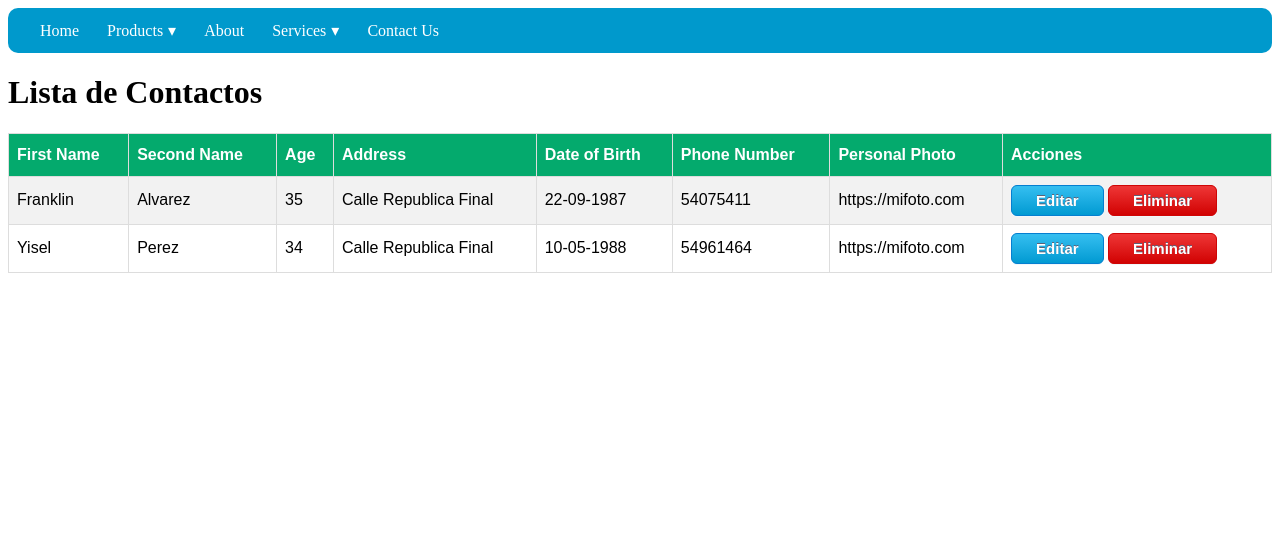
Repository: fgala1619/frontSistGestionBank
Page: index.html
These files come from the project's save history. The page is drawn as it stood at one moment and after the next save; the edit follows.
The browser window is 1280 px wide. The pictures show the whole page.

Above is the page before, as saved 2023-07-26 12:48:09.

### index.html
<link rel="stylesheet" href="style.css" />
<link rel="stylesheet" href="menu.css" />

<nav id='menu'>
  <input type='checkbox' id='responsive-menu' onclick='updatemenu()'><label></label>
  <ul>
    <li><a href='http://'>Home</a></li>
    <li><a class='dropdown-arrow' href='http://'>Products</a>
      <ul class='sub-menus'>
        <li><a href='http://'>Products 1</a></li>
        <li><a href='http://'>Products 2</a></li>
        <li><a href='http://'>Products 3</a></li>
        <li><a href='http://'>Products 4</a></li>
      </ul>
    </li>
    <li><a href='http://'>About</a></li>
    <li><a class='dropdown-arrow' href='http://'>Services</a>
      <ul class='sub-menus'>
        <li><a href='http://'>Services 1</a></li>
        <li><a href='http://'>Services 2</a></li>
        <li><a href='http://'>Services 3</a></li>
      </ul>
    </li>
    <li><a href='http://'>Contact Us</a></li>
  </ul>
</nav>




<h1>Lista de Contactos</h1>

<table id="customers">
    <tr>
        <th>First Name</th>
        <th>Second Name</th>
        <th>Age</th>
        <th>Address</th>
        <th>Date of Birth</th>
        <th>Phone Number</th>
        <th>Personal Photo</th>
        <th>Acciones</th>
    </tr>

    <tr>
        <td>Franklin</td>
        <td>Alvarez</td>
        <td>35</td>
        <td>Calle Republica Final</td>
        <td>22-09-1987</td>
        <td>54075411</td>
        <td>https://mifoto.com</td>
        <td>
            <a href="#" class="myButton">Editar</a>
            <a href="#" class="btnDelete">Eliminar</a>
        </td>
    </tr>

    <tr>
        <td>Yisel</td>
        <td>Perez</td>
        <td>34</td>
        <td>Calle Republica Final</td>
        <td>10-05-1988</td>
        <td>54961464</td>
        <td>https://mifoto.com</td>
        <td>
            <a href="#" class="myButton">Editar</a>
            <a href="#" class="btnDelete">Eliminar</a>
        </td>
    </tr>
</table>

### style.css
#customers {
        font-family: Arial, Helvetica, sans-serif;
        border-collapse: collapse;
        width: 100%;
    }

    #customers td, #customers th {
        border: 1px solid #ddd;
        padding: 8px;
    }

    #customers tr:nth-child(even){background-color: #f2f2f2;}
    #customers tr:hover{background-color:#ddd;}

    #customers th{
        padding-top: 12px;
        padding-bottom: 12px;
        text-align: left;
        background-color: #04AA6D;
        color: white;
    }

    .myButton{
        box-shadow: 0px 1px 0px 0px #f0f7fa;
        background: linear-gradient(to bottom, #33bdef 5%, #019ad2 100%);
        background-color:#33bdef;
        border-radius: 6px;
        border: 1px solid #057fd0;
        display: inline-block;
        cursor: pointer;
        color: #ffffff;
        font-family: Arial;
        font-size: 15px;
        font-weight: bold;
        padding: 6px 24px;
        text-decoration: none;
        text-shadow: 0px -1px 0px #5b6178;
    }
    .myButton:hover{
        background: linear-gradient(to bottom, #019ad2 5%, #33bdef 100%);
        background-color:#019ad2;
    }
    .myButton:active{
        position: relative;
        top: 1px;
    }

    .btnDelete{
        box-shadow: 0px 1px 0px 0px #f0f7fa;
        background: linear-gradient(to bottom, #ed3434 5%, #d10202 100%);
        background-color:#ed3434;
        border-radius: 6px;
        border: 1px solid #cf0606;
        display: inline-block;
        cursor: pointer;
        color: #ffffff;
        font-family: Arial;
        font-size: 15px;
        font-weight: bold;
        padding: 6px 24px;
        text-decoration: none;
        text-shadow: 0px -1px 0px #5b6178;
    }
    .btnDelete:hover{
        background: linear-gradient(to bottom, #d10202 5%, #ed3434 100%);
        background-color:#d10202;
    }
    .btnDelete:active{
        position: relative;
        top: 1px;
    }

### menu.css
#menu {
	background: #0099CC;
	color: #FFF;
	height: 45px;
	padding-left: 18px;
	border-radius: 10px;
}
#menu ul, #menu li {
	margin: 0 auto;
	padding: 0;
	list-style: none
}
#menu ul {
	width: 100%;
}
#menu li {
	float: left;
	display: inline;
	position: relative;
}
#menu a {
	display: block;
	line-height: 45px;
	padding: 0 14px;
	text-decoration: none;
	color: #FFFFFF;
	font-size: 16px;
}
#menu a.dropdown-arrow:after {
	content: "\25BE";
	margin-left: 5px;
}
#menu li a:hover {
	color: #0099CC;
	background: #F2F2F2;
}
#menu input {
	display: none;
	margin: 0;
	padding: 0;
	height: 45px;
	width: 100%;
	opacity: 0;
	cursor: pointer
}
#menu label {
	display: none;
	line-height: 45px;
	text-align: center;
	position: absolute;
	left: 35px
}
#menu label:before {
	font-size: 1.6em;
	content: "\2261";
	margin-left: 20px;
}
#menu ul.sub-menus{
	height: auto;
	overflow: hidden;
	width: 170px;
	background: #444444;
	position: absolute;
	z-index: 99;
	display: none;
}
#menu ul.sub-menus li {
	display: block;
	width: 100%;
}
#menu ul.sub-menus a {
	color: #FFFFFF;
	font-size: 16px;
}
#menu li:hover ul.sub-menus {
	display: block
}
#menu ul.sub-menus a:hover{
	background: #F2F2F2;
	color: #444444;
}
@media screen and (max-width: 800px){
	#menu {position:relative}
	#menu ul {background:#111;position:absolute;top:100%;right:0;left:0;z-index:3;height:auto;display:none}
	#menu ul.sub-menus {width:100%;position:static;}
	#menu ul.sub-menus a {padding-left:30px;}
	#menu li {display:block;float:none;width:auto;}
	#menu input, #menu label {position:absolute;top:0;left:0;display:block}
	#menu input {z-index:4}
	#menu input:checked + label {color:white}
	#menu input:checked + label:before {content:"\00d7"}
	#menu input:checked ~ ul {display:block}
}

After the next save:
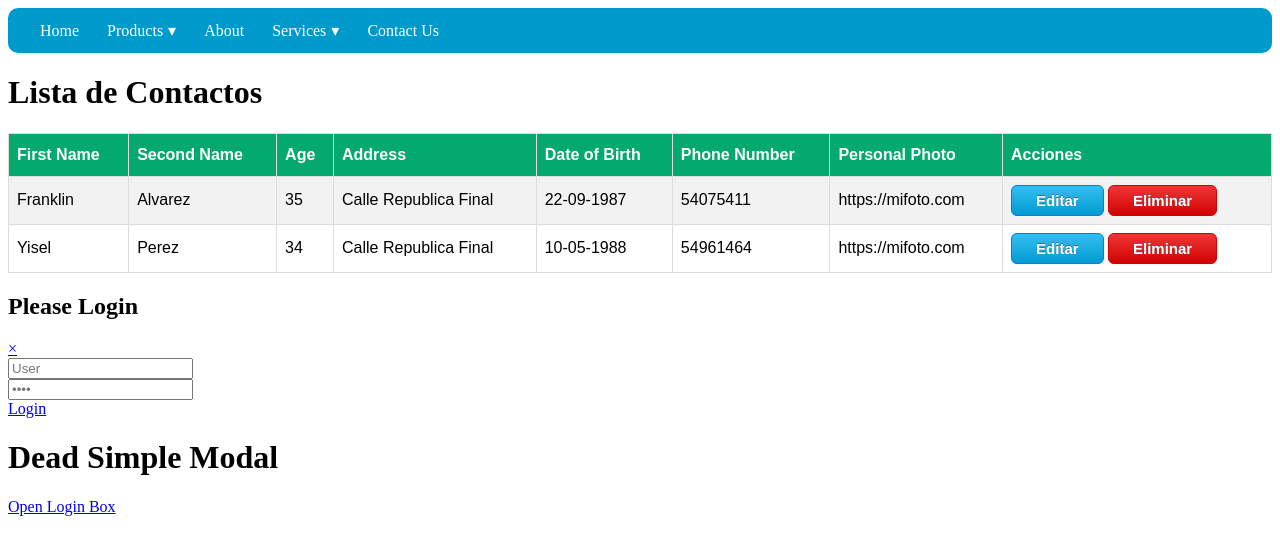
Saved 11 min 17 s later.
--- a/index.html
+++ b/index.html
@@ -70,3 +70,26 @@
         </td>
     </tr>
 </table>
+
+
+<!-- Modal -->
+<div class="modale" aria-hidden="true">
+  <div class="modal-dialog">
+    <div class="modal-header">
+      <h2>Please Login</h2>
+      <a href="#" class="btn-close closemodale" aria-hidden="true">&times;</a>
+    </div>
+    <div class="modal-body">
+      <input type="text" name="u" placeholder="User" size="20" /><br>
+      <input type="text" name="p" placeholder="&bull;&bull;&bull;&bull;" size="20" /></div>
+    <div class="modal-footer">
+
+
+      <a href="#" class="btn" id="btn_ingresar">Login</a>
+    </div>
+  </div>
+</div>
+<!-- /Modal -->
+
+  <h1>Dead Simple Modal</h1>
+  <p><a href="#" class="btn btn-big openmodale">Open Login Box</a></p>
